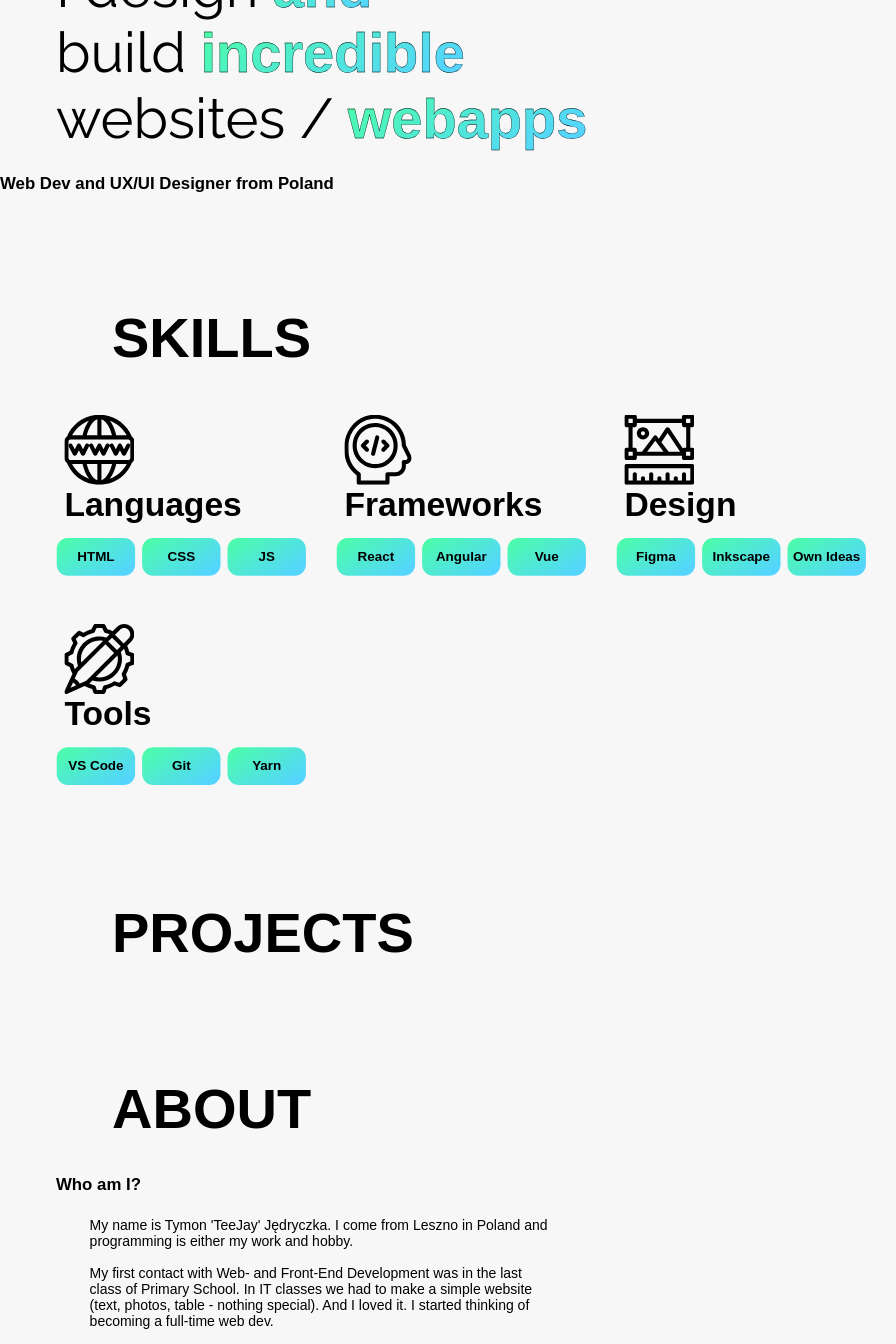
Repository: TeeJaysDev/Portfolio
Page: index.html
These files come from the project's save history. The page is drawn as it stood at one moment and after a run of saves; the edit follows.
The browser window is 1280 px wide. The pictures show the part of the page from y = 499 to 2419 px (the page is 2954 px tall before and 2944 px after), at 70% of full size.

Above is the page before, as saved 2021-04-26 16:17:12.

### index.html
<!DOCTYPE html>
<html lang="en">
<head>
    <meta charset="UTF-8">
    <meta http-equiv="X-UA-Compatible" content="IE=edge">
    <meta name="viewport" content="width=device-width, initial-scale=1.0">
    <script type="text/javascript" src="script.js"></script>
    <link rel="stylesheet" href="style.css">
    <link href="https://fonts.googleapis.com/css2?family=Raleway&display=swap" rel="stylesheet">
    <link href="https://fonts.googleapis.com/css2?family=Quicksand:wght@700&display=swap" rel="stylesheet">
    <title>Tymon Jędryczka | Portfolio</title>
</head>
<body>
    <nav>
        <a href="#skills"><h3>skills</h3></a>
        <a href="#projects"><h3>projects</h3></a>
        <a href="#about"><h3>about</h3></a>
        <a href="#contact"><h3>contact</h3></a>
    </nav>
    <header>
        <h2 class="welcome_part_h1">h1</h2>
        <h1 class="welcome_part">
            Hi, I'm <strong>Tymon</strong><br>
            I design <strong>and</strong><br>
            build <strong>incredible</strong><br>
            websites / <strong>webapps</strong>
        </h1>
        <h2 class="welcome_part_p">
            Web Dev and UX/UI Designer from Poland
        </h2>
    </header>
    <main>
        <h1>
            SKILLS
        </h1>
        <section id="skills">
            <div class="languages">
                <div class="box">
                    <div class="image_h2">
                        <img src="Images/svg/languages.svg">
                        <h2>Languages</h2>
                    </div>
                    <div class="text">
                        <li>HTML</li>
                        <li>CSS</li>
                        <li>JS</li>
                    </div>
                </div>
            </div>
            <div class="frameworks">
                <div class="box">
                    <div class="image_h2">
                        <img src="Images/svg/frameworks.svg">
                        <h2>Frameworks</h2>
                    </div>
                    <div class="text">
                        <li>React</li>
                        <li>Angular</li>
                        <li>Vue</li>
                    </div>
                </div>
            </div>
            <div class="design">
                <div class="box">
                    <div class="image_h2">
                        <img src="Images/svg/design.svg">
                        <h2>Design</h2>
                    </div>
                    <div class="text">
                        <li>Figma</li>
                        <li>Inkscape</li>
                        <li>Own Ideas</li>
                    </div>
                </div>
            </div>
            <div class="tools">
                <div class="box">
                    <div class="image_h2">
                        <img src="Images/svg/tools.svg">
                        <h2>Tools</h2>
                    </div>
                    <div class="text">
                        <li>VS Code</li>
                        <li>Git</li>
                        <li>Yarn</li>
                    </div>
                </div>
            </div>
        </section>
        <section id="projects">
            <h1>
                PROJECTS
            </h1>
        </section>
        <section id="about">
            <h1>
                ABOUT
            </h1>
            <h2>
                Who am I?
            </h2>
            <p>
                My name is Tymon 'TeeJay' Jędryczka. I come from Leszno in Poland and programming is either my work and hobby.
                <br><br>
                My first contact with Web- and Front-End Development was in the last class of Primary School. In IT classes we had to make a simple website (text, photos, table - nothing special). And I loved it. I started thinking of becoming a full-time web dev.
                <!-- <br><br> I am also a self-taught dev and with CodeCademy and YouTube I get knowledge of HTML5, CSS3, JS, and its frameworks (React, Angular, Vue). I call myself a 2-in-1 developer 'cause I design things (usually in Figma) and then make them real by writing some code. -->
                <br><br>
                So if you are looking for somebody to hire who is punctual, reliable, has a great deal of knowledge and even though, still want to learn new, useful technologies, my answer is "HERE I AM".
            </p>
        </section>
        <section id="contact">
            <h1>
                CONTACT
            </h1>
        </section>
    </main>
    <footer>
        <h4>2021 &copy; Tymon 'TeeJay' Jędryczka</h4>
        <li><a href="https://facebook.com/tymonjedr/" target="_blank"><img src="Images/svg/facebook.svg" alt="Facebook LOGO"></a></li>
        <li><a href="https://linkedin.com/in/tymon-jedryczka/" target="_blank"><img src="Images/svg/linkedin.svg" alt="LinkedIn LOGO"></a></li>
        <li><a href="https://github.com/TeeJaysDev" target="_blank"><img src="Images/svg/github.svg" alt="GitHub LOGO"></a></li>
        <li><a href="https://stackoverflow.com/users/15029595/teejaysdev" target="_blank"><img src="Images/svg/stack.svg" alt="Stack LOGO"></a></li>
        <li><a href="https://codecademy.com/profiles/TeeJaysDev" target=”_blank”><img src="Images/svg/codecademy.svg" alt="CodeCademy LOGO"></a></li>
    </footer>
</body>
</html>

### style.css
* {
    margin: 0;
    padding: 0;
    font-family: sans-serif;
    text-decoration: none;
}

body {
    background-color: #F7F7F7;
}

nav {
    display: flex;
    justify-content: flex-end;
}

nav a {
    color: #000000;
    padding: 0.938rem;
    margin-top: 2rem;
    margin-right: 3.125rem;
    font-size: 1.563rem;
}

header h1 strong {
    background-image: linear-gradient(147deg, #4bffa5, #54d4ff 90%);
    background-size: 100%;
    background-repeat: repeat;
    background-clip: text;
    -webkit-background-clip: text;
    -webkit-text-fill-color: transparent;
    -moz-background-clip: text;
    -moz-text-fill-color: transparent;
    -webkit-text-stroke: 0.5px black;
}

.welcome_part_h1 {
    font-family: monospace;
    font-size: 3.75rem;
    margin-top: 9rem;
    margin-left: 2.5rem;
    margin-bottom: 0rem;
}

.welcome_part {
    margin-top: 2rem;
    margin-left: 5rem;
    margin-bottom: 2rem;
    font-family: Raleway;
    font-weight: lighter;
    font-size: 5rem;
    min-width: 18ch;
}

.welcome_part_h2 {
    margin-bottom: 18rem;
    margin-left: 4rem;
    font-size: 7rem;
}

.box .image_h2 {

    justify-items: center;
}

#skills {
    display: grid;
    justify-content: center;
    grid-template-columns: repeat(auto-fit, 400px);
    margin-left: 4.5rem;
}

main h1 {
    font-size: 5rem;
    margin-left: 10rem;
    margin-top: 10rem;
}

.image_h2 {
    display: flex;
    flex-wrap: wrap;
    align-items: flex-start;
    margin: 4rem 20rem 1rem 1rem;
    font-size: 2rem;
}

.text {
    display: flex;
    flex-wrap: wrap;
}

.text li {
    list-style: none;
    margin: 1rem;
    color: #000000;
    font-weight: bold;
    font-size: 1.2rem;
    text-align: center;
    align-items: center;
    border-radius: 1rem;
    margin: 0.3125rem 0.3125rem;
    width: 7rem;
    background-image: linear-gradient(147deg, #4bffa5, #54d4ff 90%);
    padding-top: 1rem;
    padding-bottom: 1rem;
}

#projects h1 {
    margin-top: 10rem;
}

#about p {
    font-size: 1.25rem;
    max-width: 60ch;
    margin-left: 8rem;
    margin-bottom: 5rem;
    margin-top: 2rem;
}

#about h2 {
    margin-left: 5rem;
    margin-top: 3rem;
}

footer, footer h4 {
    color: #C5C4C6;
    background-color: #232429;
    font-family: Arial, Helvetica, sans-serif;
    font-size: 0.938rem;
    font-weight: lighter;
    text-align: center;
    z-index: -1;
    padding-top: 1.875rem;
    padding-bottom: 3.125rem;
}

footer li{
    margin: 0 1.25;
    display: inline;
}

body .error {
    text-align: center;
}

.error p {
    font-family: Quicksand;
    font-weight: 700;
    color: #000000;
    font-size: 20rem;
    margin-top: 5rem;
}

.error button a {
    text-decoration: none;
    text-align: center;
    color: #000000;
    font-size: 2rem;
    padding: 3rem;
}

.error .mainError {
    display: flex;
    text-align: center;
    margin-left: 40rem;
    margin-right: auto;
}

.error img {
    width: 250px;
}

.error button {
    margin-top: 10rem;
}
/* Smartphone (portrait) --- */

@media only screen
and (min-width: 320px)
and (max-width: 767px) {

    nav {
        display: flex;
        justify-content: flex-end;
        margin-right: 1rem;
        margin-top: 0rem;
    }

    nav a {
        padding: 0.938rem;
        margin-top: 2rem;
        margin-right: -1rem;
        font-size: 1rem;
    }

    .welcome_part_h1 {
        font-family: monospace;
        font-size: 1.875rem;
        margin-top: 9rem;
        margin-left: 1rem;
    }

    .welcome_part {
        margin-top: 1rem;
        margin-left: 2rem;
        margin-bottom: 2rem;
        font-size: 2.5rem;
        min-width: 18ch;
    }

    .welcome_part_h2 {
        margin-bottom: 10rem;
        margin-left: 2rem;
        font-size: 1rem;
    }

    main h1 {
        margin-left: 3rem;
    }

    #about p {
        font-size: 1.25rem;
        max-width: 22ch;
        margin-left: 2rem;
        margin-bottom: 5rem;
    }

    #about h2 {
        margin-left: 2rem;
        margin-top: 5rem;
    }

    footer, footer h4 {
        padding-top: 1.875rem;
        padding-bottom: 3.125rem;
        width: 100%;
    }

    footer li{
        margin: 0 1.25;
        display: inline;
    }
}



@media only screen
and (min-width: 768px)
and (max-width: 1024px)
and (orientation: portrait) {

    * {
        margin: 0;
        padding: 0;
        font-family: sans-serif;
        text-decoration: none;
    }

    body {
        background-color: #F7F7F7;
    }

    nav {
        display: flex;
        justify-content: flex-end;
        margin-right: 0rem;
        margin-top: 0rem;
    }

    nav a {
        color: #000000;
        padding: 0.938rem;
        margin-top: 2rem;
        margin-right: 3.125rem;
        font-size: 1.563rem;
    }

    .welcome_part_h1 {
        font-family: monospace;
        font-size: 3.75rem;
        margin-top: 13rem;
        margin-left: 2.5rem;
        margin-bottom: 0rem;
    }

    .welcome_part {
        margin-top: 2rem;
        margin-left: 5rem;
        margin-bottom: 2rem;
        font-family: Raleway;
        font-weight: lighter;
        font-size: 3.9rem;
        min-width: 18ch;
    }

    .welcome_part_h2 {
        margin-bottom: 20rem;
        margin-left: 4rem;
    }

    #about p {
        font-size: 1.25rem;
        max-width: 45ch;
        margin-left: 8rem;
        margin-bottom: 5rem;
    }

    #about h2 {
        margin-left: 5rem;
        margin-top: 5rem;
    }

    #projects h1 {
        width: 15%;
        margin-top: 3rem;
    }

    #about h1 {
        width: 15%;
    }

    #contact h1 {
        width: 17%;
    }

    footer, footer h4 {
        color: #C5C4C6;
        background-color: #232429;
        font-family: Arial, Helvetica, sans-serif;
        font-size: 0.938rem;
        font-weight: lighter;
        text-align: center;
        z-index: -1;
        width: 100%;
        padding-top: 1.875rem;
        padding-bottom: 3.125rem;
    }

    body .error {
        text-align: center;
    }

    .error p {
        font-family: Quicksand;
        font-weight: 700;
        color: #000000;
        font-size: 20rem;
        margin-top: 5rem;
    }

    .error button a {
        text-decoration: none;
        text-align: center;
        color: #000000;
        font-size: 2rem;
        padding: 3rem;
    }

    .error .mainError {
        display: flex;
        text-align: center;
        margin-left: 40rem;
        margin-right: auto;
    }

    .error img {
        width: 250px;
    }

    .error button {
        margin-top: 10rem;
    }
}

@media only screen
and (min-width: 953)
and (max-width: 1230) {
     p {
        margin-left: 1rem;
    }
}

@media only screen
and (min-width: 550px)
and (max-width: 700px) {
    .welcome_part_h1 {
        font-family: monospace;
        font-size: 3.75rem;
        margin-top: 13rem;
        margin-left: 2.5rem;
        margin-bottom: 0rem;
    }

    .welcome_part {
        margin-top: 2rem;
        margin-left: 5rem;
        margin-bottom: 2rem;
        font-size: 2.6rem;
    }

    .welcome_part_h2 {
        margin-bottom: 20rem;
        margin-left: 4rem;
    }
}

@media only screen
and (min-width: 1920px) {
    .welcome_part_h1 {
        font-family: monospace;
        font-size: 3.75rem;
        margin-top: 13rem;
        margin-left: 2.5rem;
        margin-bottom: 0rem;
    }

    .welcome_part {
        margin-top: 2rem;
        margin-left: 5rem;
        margin-bottom: 2rem;
        font-size: 5rem;
    }

    .welcome_part_h2 {
        margin-bottom: 20rem;
        margin-left: 4rem;
        font-size: 2.5rem;
    }
}

@media only screen
and (max-width: 950) {

}

Loaded but not shown: script.js (no stored copy; drawn as an empty file)

After the next 2 saves:
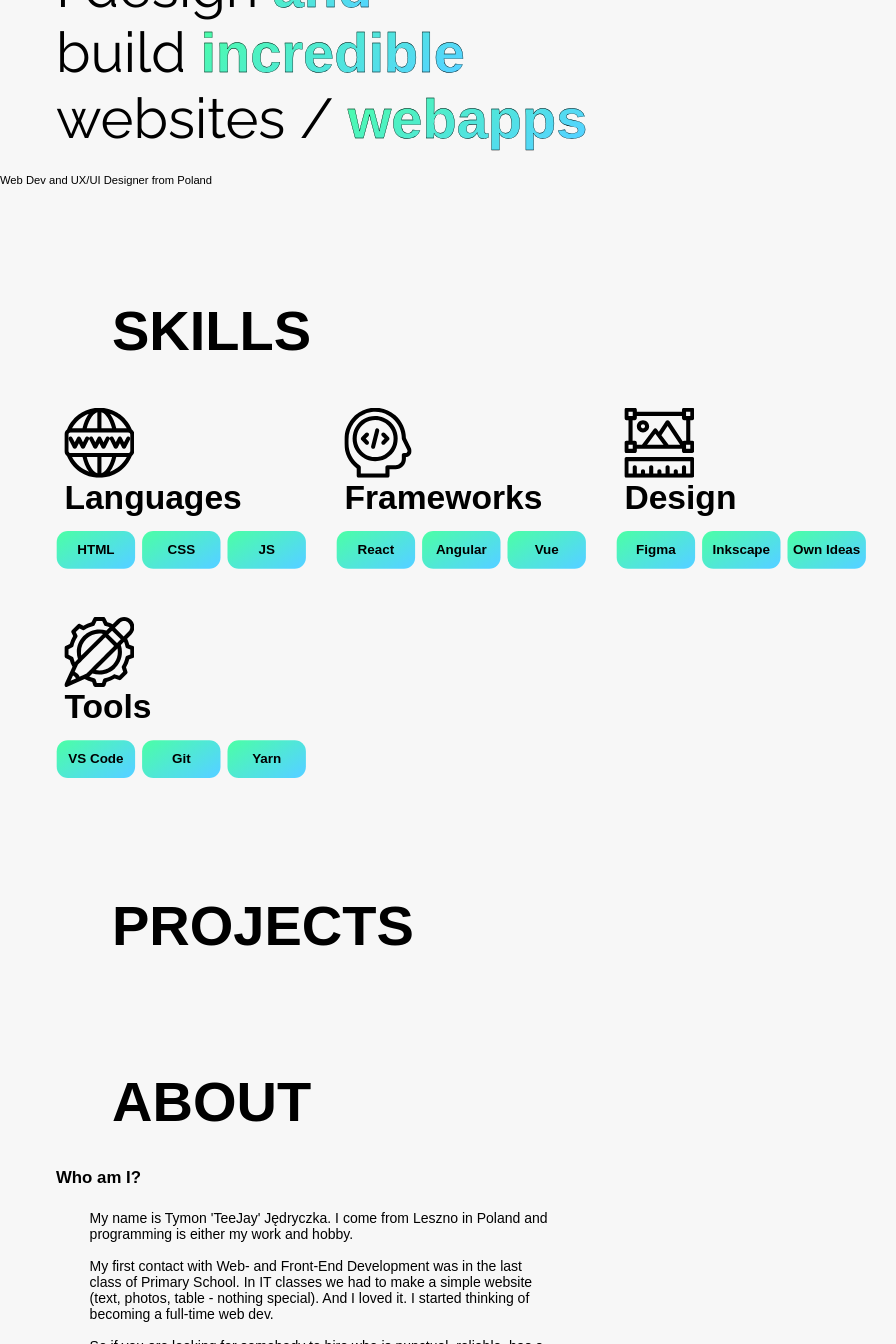
The 2 saves are shown as one change because they came seconds apart.
The last was saved 14 s later.
--- a/index.html
+++ b/index.html
@@ -25,9 +25,9 @@
             build <strong>incredible</strong><br>
             websites / <strong>webapps</strong>
         </h1>
-        <h2 class="welcome_part_p">
+        <p class="welcome_part_p">
             Web Dev and UX/UI Designer from Poland
-        </h2>
+        </>
     </header>
     <main>
         <h1>
